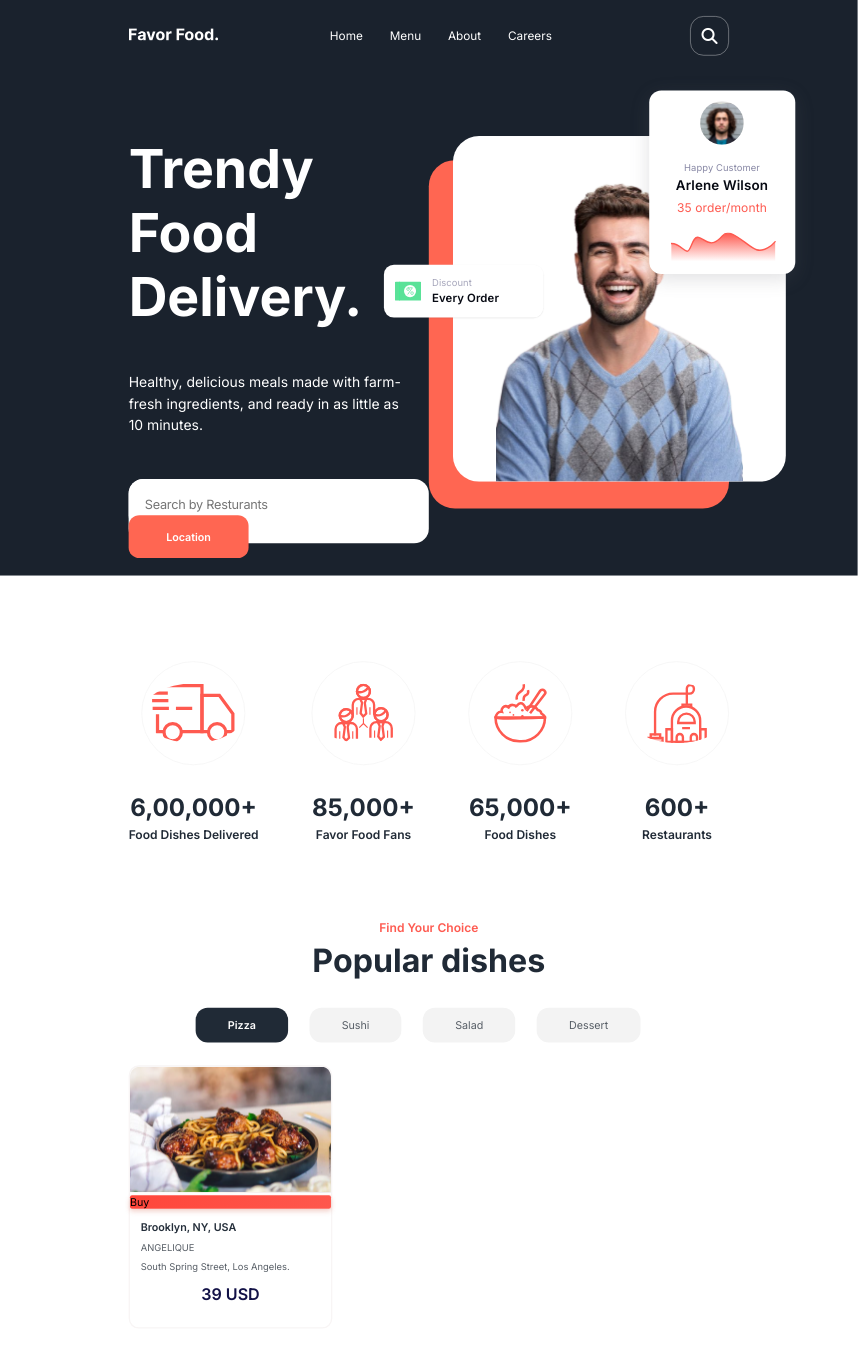
Repository: badhon252/favor-food
Page: index.html
These files come from the project's save history. The page is drawn as it stood at one moment and after the next save; the edit follows.
The browser window is 1280 px wide. The pictures show the whole page, at 67% of full size.
The style sheet was rebuilt from its Sass, Less or Tailwind sources for each picture, by a compiler version that may differ from the author's.

Above is the page before, as saved 2022-09-12 18:30:02.

### index.html
<!DOCTYPE html>
<html lang="en">

<head>
    <meta charset="UTF-8">
    <meta http-equiv="X-UA-Compatible" content="IE=edge">
    <meta name="viewport" content="width=device-width, initial-scale=1.0">
    <!-- fontawesome cdn link  -->
    <link rel="stylesheet" href="https://cdnjs.cloudflare.com/ajax/libs/font-awesome/6.2.0/css/all.min.css">
    <!-- custom css  -->
    <link rel="stylesheet" href="scss/style.css">

    <title>Favor-Food</title>
</head>

<body>
    <header class="">
        <div class="container">

            <nav>
                <div class="navbar-brand">
                    <img src="./images/logo.svg" alt="">
                </div>
                <ul class="nav">
                    <li><a href="">Home</a></li>
                    <li><a href="">Menu</a></li>
                    <li><a href="">About</a></li>
                    <li><a href="">Careers</a></li>
                </ul>

                <div class="search-icon">
                    <i class="fa-solid fa-magnifying-glass"></i>
                </div>
            </nav>

            <div class="header-content my-2">
                <div class="row">


                    <div class="col-md-6">
                        <h1>Trendy Food <br> Delivery.</h1>
                        <p class="my-5">Healthy, delicious meals made with farm- <br> fresh ingredients, and ready in as
                            little as <br>
                            10 minutes.
                        </p>
                        <form action="">
                            <input type="text" id="location" placeholder="Search by Resturants">
                            <label for="location">Location</label>
                        </form>
                    </div>
                    <div class="col-md-6">
                        <div class="card my-3">

                            <img src="./images/image 624.svg" class="header-main-img" alt="">

                            <div class="discount-card">
                                <img src="./images/Group 4347.svg" alt="">
                                <div class="discount">
                                    <h4>Discount</h4>
                                    <h2>Every Order</h2>
                                </div>
                            </div>
                            <div class="profile-card">
                                <img src="./images/Group 2738.svg" alt="">
                                <h4>Happy Customer</h4>
                                <h3>Arlene Wilson</h3>
                                <h2>35 order/month</h2>
                                <img src="./images/Group 2811.svg" alt="">
                            </div>
                        </div>
                    </div>
                </div>
            </div>
        </div>
    </header>

    <div class="second-section">
        <div class="row container">
            <div class="col-md-3">
                <img src="./images/Group 4321.svg" alt="" class="my-2 py-2">
                <h2>6,00,000+</h2>
                <h3>Food Dishes Delivered</h3>
            </div>
            <div class="col-md-3">
                <img src="./images/Group 4328.svg" alt="" class="my-2 py-2">
                <h2>85,000+</h2>
                <h3>Favor Food Fans</h3>
            </div>
            <div class="col-md-3">
                <img src="./images/Group 4323.svg" alt="" class="my-2 py-2">
                <h2>65,000+</h2>
                <h3>Food Dishes</h3>
            </div>
            <div class="col-md-3">
                <img src="./images/Group 4324.svg" alt="" class="my-2 py-2">
                <h2>600+</h2>
                <h3>Restaurants</h3>
            </div>
        </div>
    </div>

    <section class="third-section container">
        <h3>Find Your Choice</h3>
        <h2>Popular dishes</h2>
        <nav class="my-3">
            <ul>
                <li><a href="" class="active-btn btn">Pizza</a></li>
                <li><a href="" class="btn">Sushi</a></li>
                <li><a href="" class="btn">Salad</a></li>
                <li><a href="" class="btn">Dessert</a></li>
            </ul>
        </nav>

        <div class="food-items">
            <div class="row">
                <div class="col-md-4 card">
                    <div class="card-header">
                        <img src="./images/Rectangle 3.svg" alt="">
                        <div class="card-tag">Buy</div>
                    </div>
                    <div class="card-body py-1">
                        <h4>Brooklyn, NY, USA</h4>
                        <h5>ANGELIQUE</h5>
                        <h6>South Spring Street, Los Angeles.</h6>
                        <span class="price">39 USD</span>
                    </div>
                </div>
            </div>
        </div>
    </section>
</body>

</html>

### scss/style.scss
@import url("https://fonts.googleapis.com/css2?family=Inter:wght@400;600;700;800;900&display=swap");
* {
  margin: 0%;
  padding: 0;
  box-sizing: border-box;
  font-family: "Inter", sans-serif;
}

.container {
  margin: 0 12rem;
}
.row {
  display: flex;
  align-items: center;
  justify-content: space-between;
  max-width: 100%;
  .col-md-6 {
    max-width: 50%;
  }
}
h1 {
  font-weight: 700;
  font-size: 5rem;
  line-height: 96px;
}
.my-2 {
  margin: 2rem 0;
}
.my-3 {
  margin: 3rem 0;
}
.my-4 {
  margin: 4rem 0;
}
.my-5 {
  margin: 5rem 0;
}
.my-5 {
  margin: 5rem 0;
}
.my-6 {
  margin: 6rem 0;
}
.btn {
  outline: none;
  border: none;
  padding: 15px 30px;
}
.py-1 {
  padding: 1rem 0;
}
.py-2 {
  padding: 2rem 0;
}
.py-3 {
  padding: 3rem 0;
}
.py-4 {
  padding: 4rem 0;
}
//==========
//=========
// =======
header {
  background-color: #1a222d;
  color: #fff;
  nav {
    display: flex;
    justify-content: space-between;
    align-items: center;
    padding: 1.5rem 0;
    ul {
      display: flex;
      li {
        list-style-type: none;
        a {
          text-decoration: none;
          color: #fff;
          margin-right: 2.5rem;
          font-size: 1.1rem;
          font-weight: 500;
        }
      }
    }

    .search-icon {
      color: #fff;
      border: 1px solid rgba(255, 255, 255, 0.521);
      border-radius: 50%;
      padding: 1rem;
      border-radius: 20px;
      cursor: pointer;
      &:hover {
        opacity: 1;
      }
      i {
        font-size: 1.5rem;
      }
    }
  }

  .header-content {
    min-height: 80vh;
    padding: 3rem 0;
    h1 {
      margin: 1rem 0;
    }
    p {
      font-size: 1.3rem;
      font-weight: 500;
      margin: 4rem 0;
      line-height: 32px;
    }
    form {
      display: inline-block;
      border-radius: 22px;
      background: #ffffff;
      input {
        padding: 1.5rem;
        font-size: 19px;
        line-height: 28px;
        letter-spacing: -0.02em;
        outline: none;
        border: none;
        color: #b1b1b1;
        border-radius: 22px;
      }
      label {
        background: #ff6652;
        border-radius: 16px;
        padding: 1.4rem 3.5rem;
        margin-right: 0.6rem;
        cursor: pointer;
        font-weight: 600;
      }
    }

    .card {
      background: #ff6652;
      border-radius: 39px;
      // padding: 0 4rem;
      position: relative;
      .header-main-img {
        background-color: #fff;
        padding: 0 4rem;
        border-radius: 39px;
        position: relative;
        margin-left: 8%;
        margin-bottom: 8%;
        margin-top: -8%;
        transition: 0.4s;
        &:hover {
          margin-top: 0%;
          margin-left: 0%;
          margin-bottom: 0%;
        }

        // padding-left: 3rem;
        // &:hover {
        //   margin: -2rem -2rem auto auto;
        // }
      }

      .discount-card {
        position: absolute;
        top: 30%;
        left: -15%;
        background-color: #fff;
        color: #000;
        padding: 1rem;
        display: flex;
        border-radius: 15px;
        width: 238px;
        box-shadow: rgba(0, 0, 0, 0.1) 0px 1px 2px 0px;

        img {
          margin-right: 1rem;
        }
        h4 {
          font-weight: 400;
          font-size: 14px;
          line-height: 21px;
          letter-spacing: 0.01em;
          color: #a6a6bb;
        }
        h2 {
          font-weight: 600;
          font-size: 17px;
          line-height: 26px;
          letter-spacing: 0.01em;
          color: #070a13;
        }
      }
      .profile-card {
        position: absolute;
        top: -20%;
        right: -22%;
        width: 218px;
        height: 274px;
        background-color: #fff;
        border-radius: 18px;
        color: #000;
        padding: 0 2rem;
        text-align: center;
        box-shadow: rgba(100, 100, 111, 0.2) 0px 7px 29px 0px;
        img {
          margin: 1rem 0;
        }
        h4 {
          font-weight: 500;
          font-size: 14px;
          line-height: 16px;
          text-align: center;
          letter-spacing: 0.01em;
          color: #8888a5;
          margin: 0.4rem 0;
        }
        h3 {
          font-weight: 600;
          font-size: 20px;
          line-height: 23px;
          letter-spacing: 0.01em;
          color: #070a13;
        }
        h2 {
          font-weight: 500;
          font-size: 18px;
          line-height: 21px;
          letter-spacing: 0.01em;
          color: #fe5a50;
          margin: 0.7rem 0;
        }
      }
    }
  }
}

.second-section {
  padding: 4rem 0;
  text-align: center;
  img {
    border-radius: 50%;
    width: 155px;
    height: 155px;

    background: #ffffff;
    border: 1px solid #f3f3f3;
    &:hover {
      box-shadow: rgba(0, 0, 0, 0.1) 0px 20px 25px -5px,
        rgba(0, 0, 0, 0.04) 0px 10px 10px -5px;
    }
  }
  h2 {
    font-weight: 700;
    font-size: 36px;
    line-height: 54px;
    text-align: center;
    color: #202a36;
  }
  h3 {
    font-weight: 600;
    font-size: 18px;
    line-height: 27px;
    text-align: center;
    color: #202a36;
  }
}

.third-section {
  padding: 3rem 0;
  h3 {
    font-weight: 600;
    font-size: 18px;
    line-height: 27px;
    text-align: center;
    color: #fe5a50;
  }
  h2 {
    font-weight: 700;
    font-size: 48px;
    line-height: 72px;
    text-align: center;
    color: #202a36;
  }
  nav {
    ul {
      display: flex;
      align-items: center;
      justify-content: center;
      li {
        list-style: none;
        margin-right: 2rem;
        a {
          font-weight: 500;
          text-decoration: none;
          font-size: 1rem;
          line-height: 24px;
          text-align: center;
          color: #575e66;
          background: #f3f3f3;
          border-radius: 18px;
          padding: 1rem 3rem;
        }
        .active-btn {
          background: #202a36;
          border-radius: 18px;
          color: #fff;
          font-weight: 600;
        }
      }
    }
  }

  .food-items {
    .card {
      background: #ffffff;
      border: 2px solid #f8f5f5;
      border-radius: 15px;
    }
    .card-tag {
      background: linear-gradient(116.88deg, #ff4539 -4.28%, #fe5a50 112.69%);
      box-shadow: 0px 4px 8px rgba(205, 71, 41, 0.26);
      border-radius: 3px;
      display: block;
    }
    h4 {
      font-weight: 600;
      font-size: 16px;
      line-height: 24px;
      color: #242e3a;
    }
    h5 {
      font-weight: 400;
      font-size: 14px;
      line-height: 140%;
      color: #575e66;
      margin: 0.5rem 0;
    }
    h6 {
      font-weight: 400;
      font-size: 14px;
      line-height: 140%;
      color: #575e66;
    }
    .price {
      font-weight: 600;
      font-size: 24px;
      line-height: 140%;
      text-align: center;
      color: #121146;
      text-align: center;
      display: block;
      padding: 1rem 0;
    }
    .card-body {
      padding: 1rem;
    }
  }
}

After the next save:
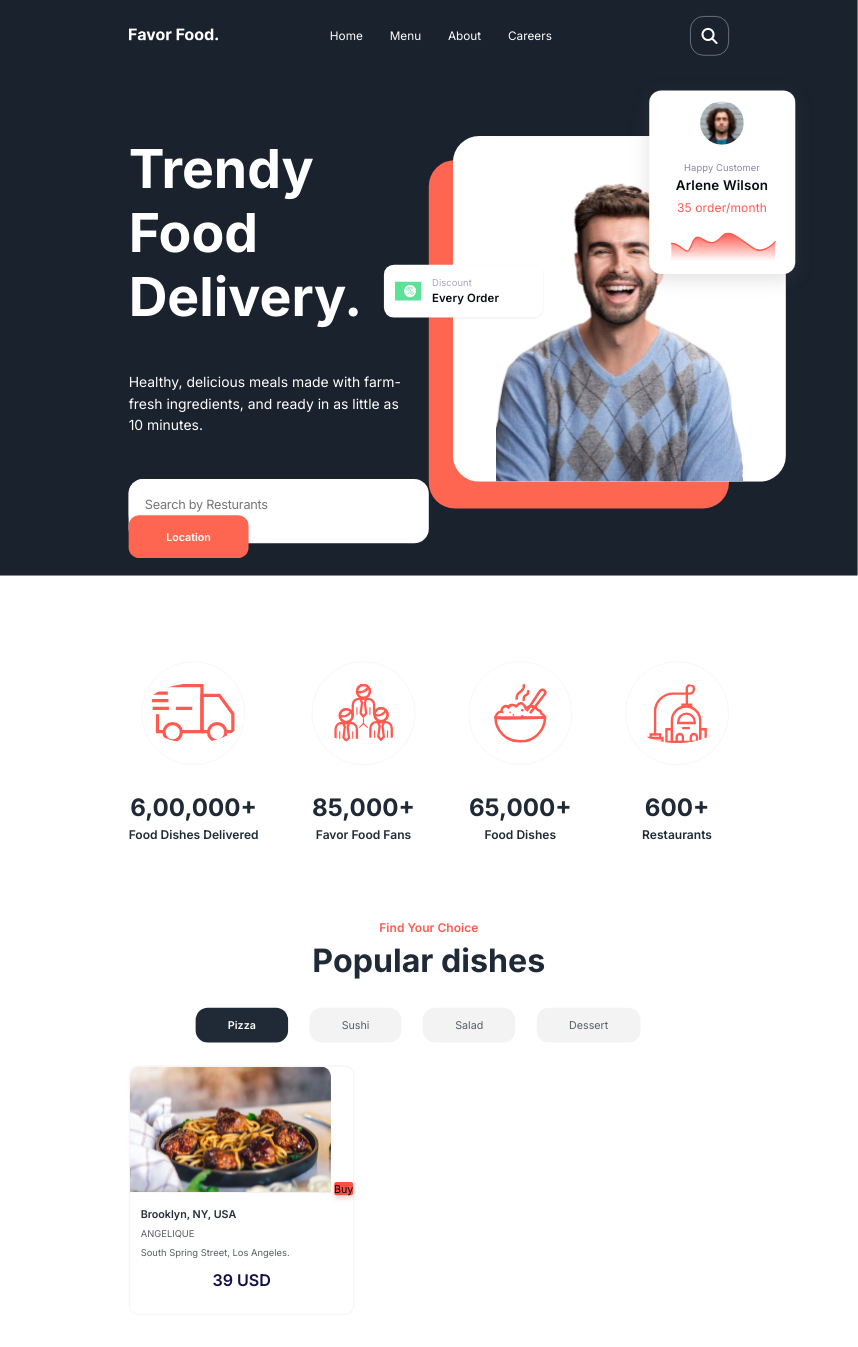
Saved 5 s later.
--- a/scss/style.scss
+++ b/scss/style.scss
@@ -321,7 +321,7 @@ header {
       background: linear-gradient(116.88deg, #ff4539 -4.28%, #fe5a50 112.69%);
       box-shadow: 0px 4px 8px rgba(205, 71, 41, 0.26);
       border-radius: 3px;
-      display: block;
+      display: inline;
     }
     h4 {
       font-weight: 600;
